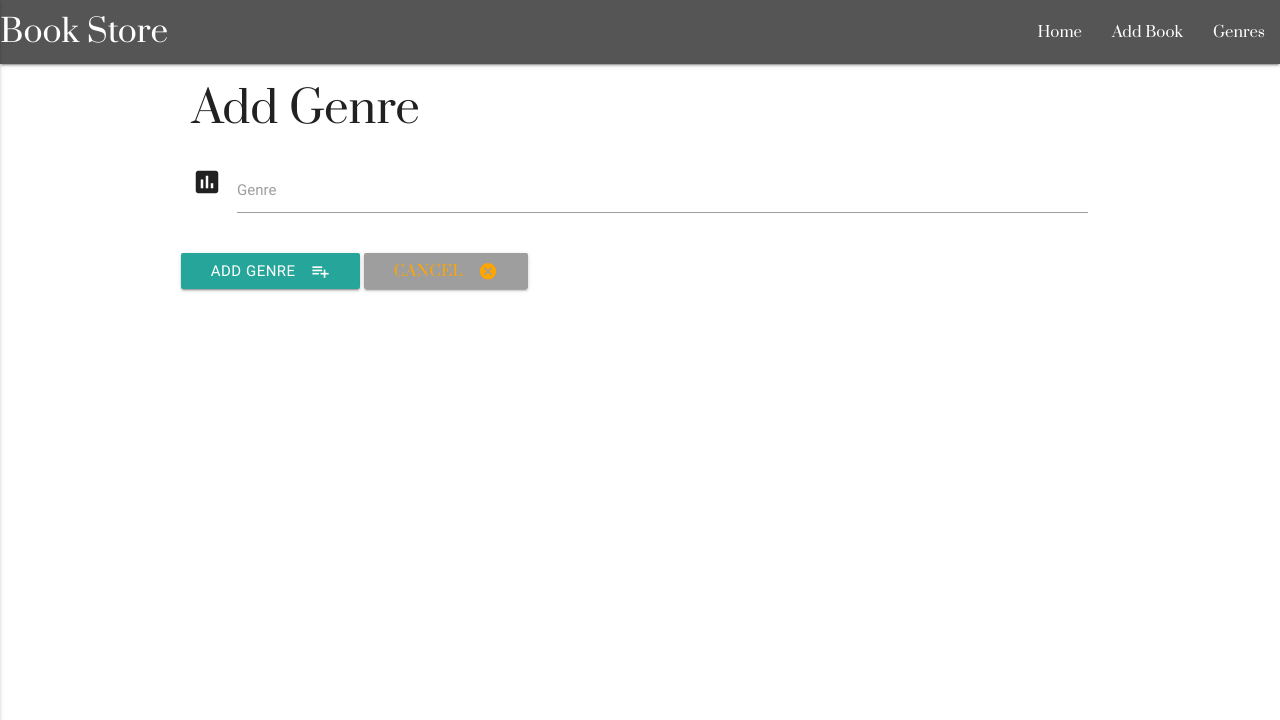
Repository: thodnett/book-store
Page: http://localhost/add_category
The author's editor kept a record of every edit. The page is drawn from the files as they stood at one moment, then again after the next edit.
The browser window is 1280 px wide. The pictures show the whole page.
Some web libraries are served in a nearby version. The page is served by the project's application, run on Flask 3 (app.py).

Above is the page before.

After the next edit:
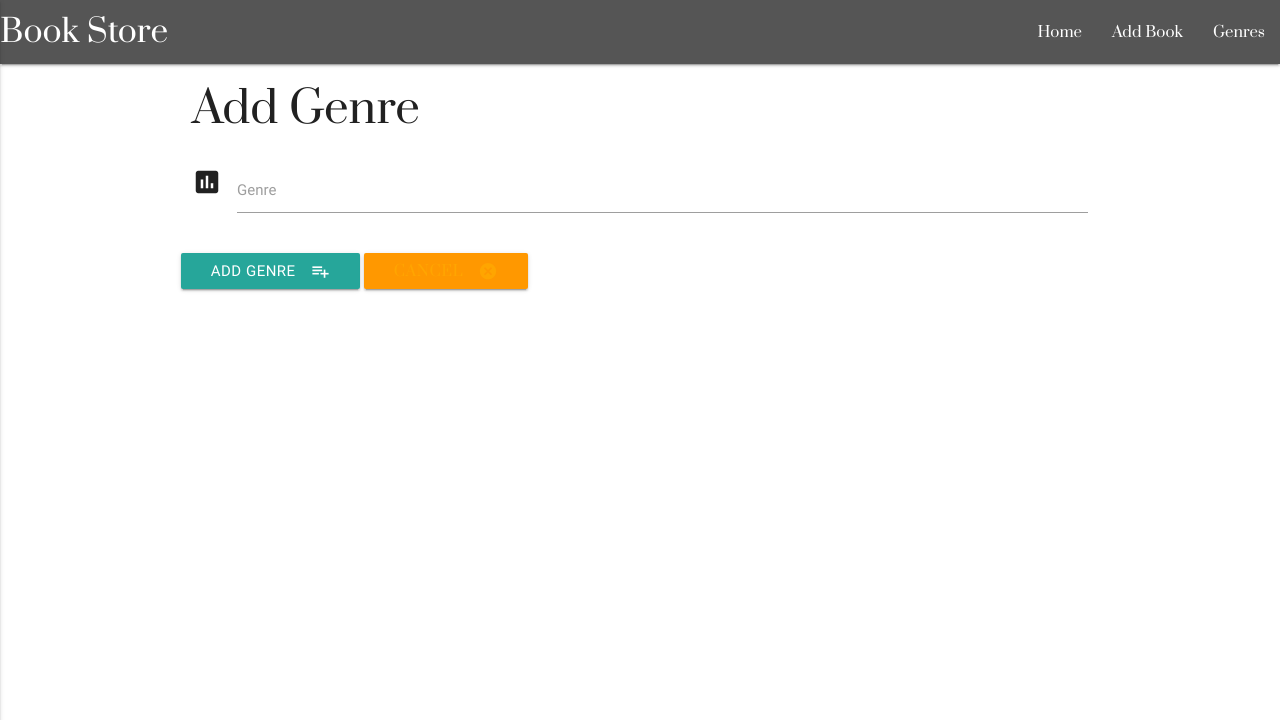
The edit:
--- a/templates/addcategory.html
+++ b/templates/addcategory.html
@@ -14,7 +14,7 @@
                 <button class="btn waves-effect waves-light" type="submit" name="action">Add Genre
                 <i class="material-icons right">playlist_add</i>
               </button>
-             <a href="{{ url_for('get_categories')}}" class="waves-effect waves-light btn grey">
+             <a href="{{ url_for('get_categories')}}" class="waves-effect waves-light btn orange">
                 <i class="material-icons right">cancel</i>Cancel
             </a>
 
